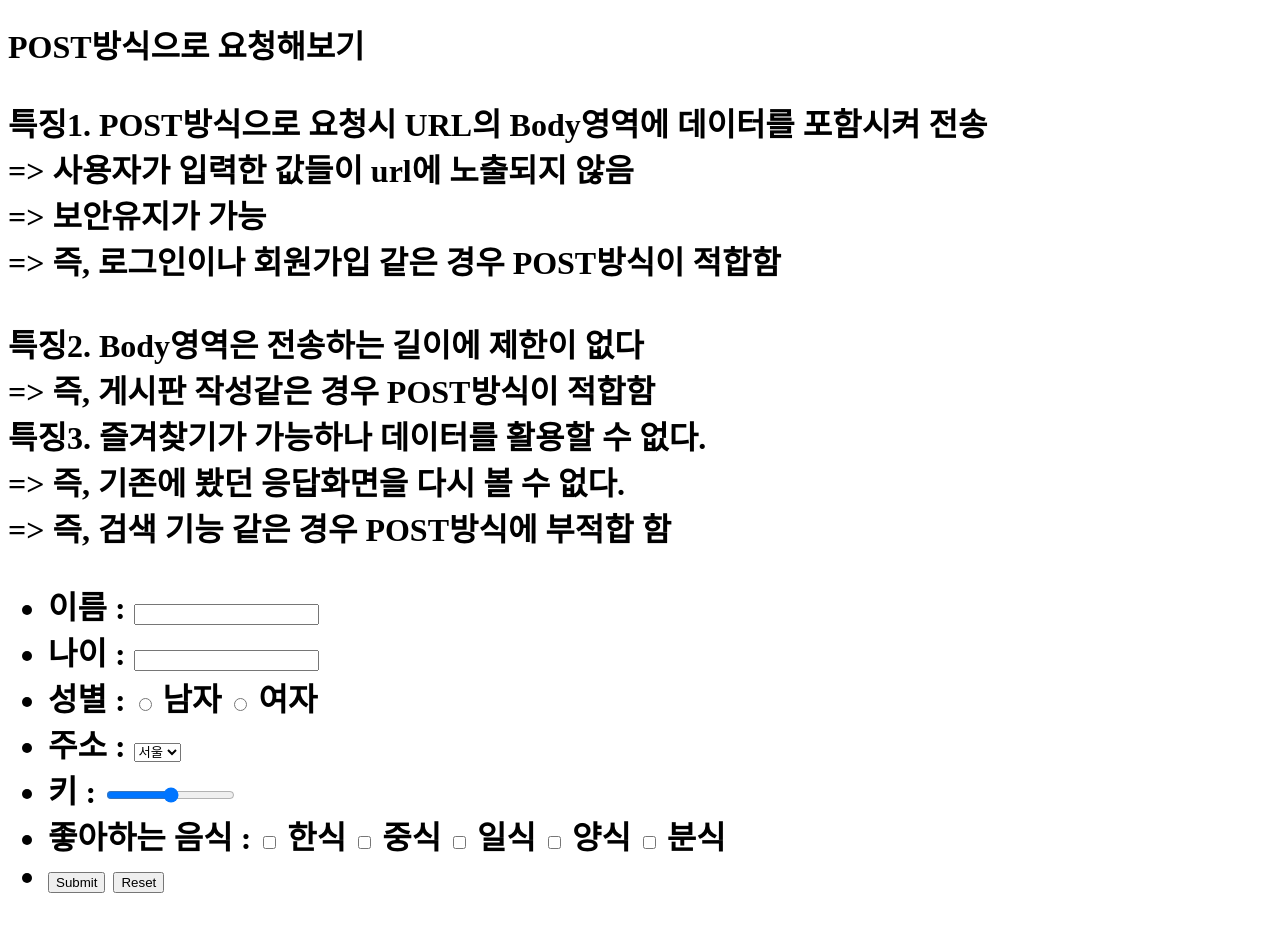
Repository: Hwang1123/WorkSpace
Page: 06_Servlet/servlet/src/main/webapp/views/request_post.html
These files come from the project's save history. The page is drawn as it stood at one moment and after the next save; the edit follows.
The browser window is 1280 px wide. The pictures show the whole page.

Above is the page before, as saved 2025-02-21 01:48:09.

### 06_Servlet/servlet/src/main/webapp/views/request_post.html
<!DOCTYPE html>
<html lang="en">
<head>
    <meta charset="UTF-8">
    <meta name="viewport" content="width=device-width, initial-scale=1.0">
    <title>Document</title>
</head>
<body>
    <h1>POST방식으로 요청해보기<h1>
    <p>
        특징1. POST방식으로 요청시 URL의 Body영역에 데이터를 포함시켜 전송<br>
        => 사용자가 입력한 값들이 url에 노출되지 않음 <br>
        => 보안유지가 가능 <br>
        => 즉, 로그인이나 회원가입 같은 경우 POST방식이 적합함 <br><br>

        특징2. Body영역은 전송하는 길이에 제한이 없다 <br>
        => 즉, 게시판 작성같은 경우 POST방식이 적합함 <br>

        특징3. 즐겨찾기가 가능하나 데이터를 활용할 수 없다. <br>
        => 즉, 기존에 봤던 응답화면을 다시 볼 수 없다. <br>
        => 즉, 검색 기능 같은 경우 POST방식에 부적합 함
    </p>
    <form action="/servlet/postttest.do" method="post">
        <ul>
            <li>
                이름 : <input type="text" name="name">
            </li>
            <li>
                나이 : <input type="number" name="age">
            </li>
            <li>
                성별 :
                    <input type="radio" name="gender" value="M"> 남자
                    <input type="radio" name="gender" value="F"> 여자
            </li>
            <li>
                주소 :
                <select name="city">
                    <option>서울</option>
                    <option>경기</option>
                    <option>경상</option>
                    <option>제주</option>
                </select>
            </li>
            <li>
                키 : <input type="range" name="height" min="150" max="210">
            </li>
            <li>
                좋아하는 음식 :
                <input type="checkbox" name="food" value="한식"> 한식
                <input type="checkbox" name="food" value="중식"> 중식
                <input type="checkbox" name="food" value="일식"> 일식
                <input type="checkbox" name="food" value="양식"> 양식
                <input type="checkbox" name="food" value="분식"> 분식
            </li>
            <li>
                <input type="submit">
                <input type="reset">
            </li>
        </ul>
    </form>
</body>
</html>

After the next save:
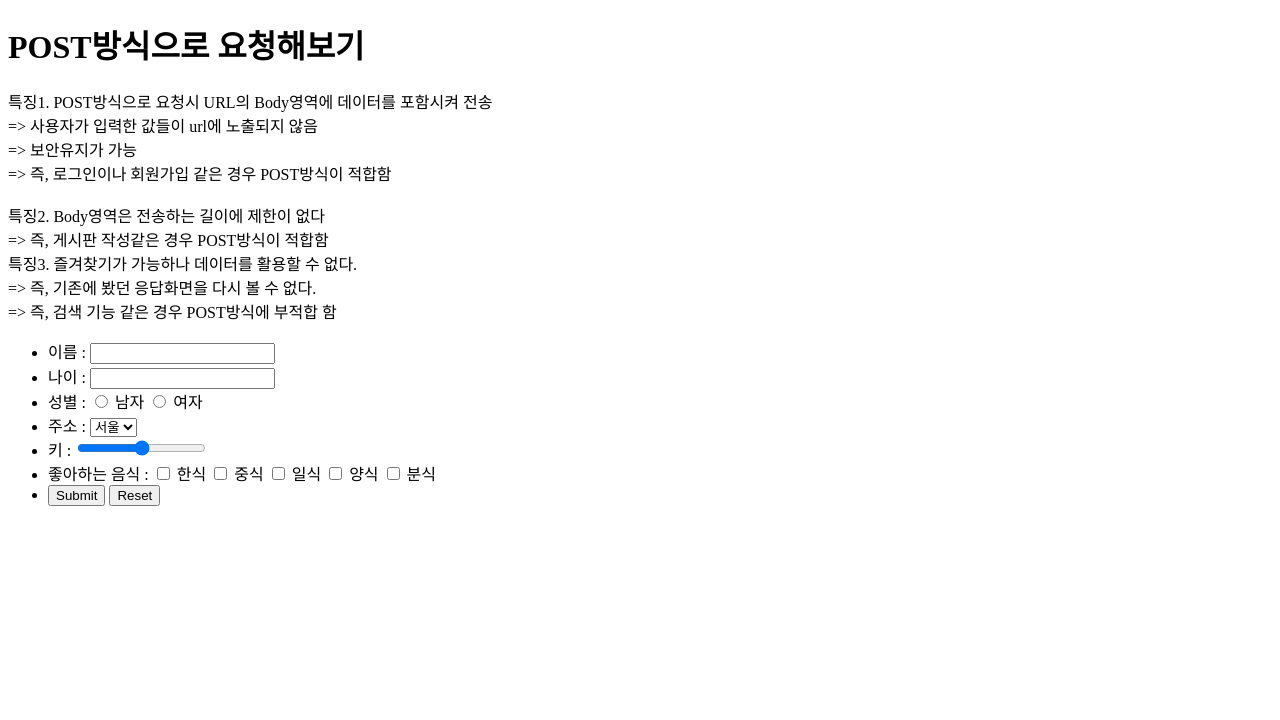
Saved 5 min 0 s later.
--- a/06_Servlet/servlet/src/main/webapp/views/request_post.html
+++ b/06_Servlet/servlet/src/main/webapp/views/request_post.html
@@ -6,7 +6,7 @@
     <title>Document</title>
 </head>
 <body>
-    <h1>POST방식으로 요청해보기<h1>
+    <h1>POST방식으로 요청해보기</h1>
     <p>
         특징1. POST방식으로 요청시 URL의 Body영역에 데이터를 포함시켜 전송<br>
         => 사용자가 입력한 값들이 url에 노출되지 않음 <br>
